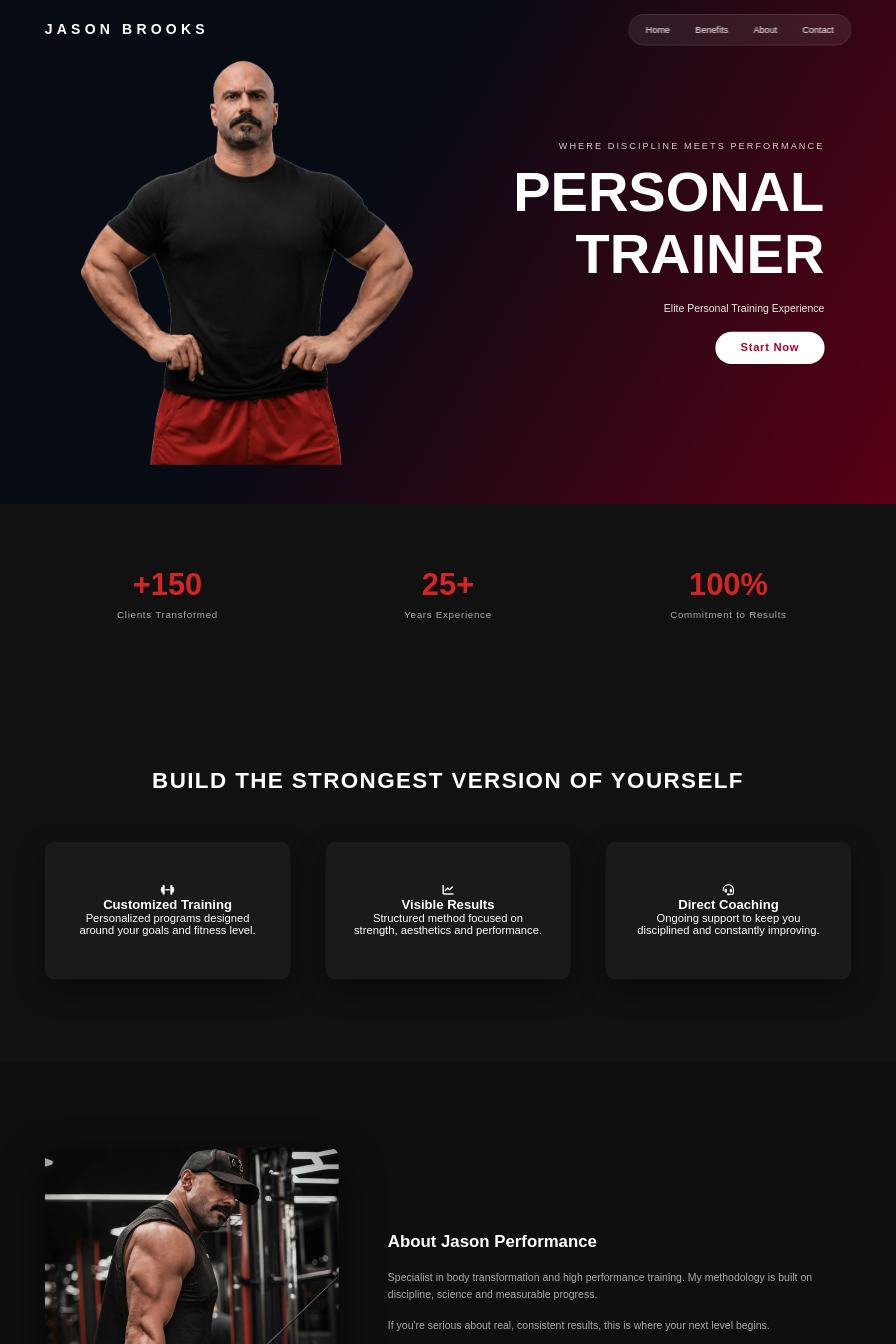
Repository: davidfsillva/Jason-Brooks
Page: index.html
An editor plug-in stored every save of this project. The page is shown before and after the next save, followed by the edit.
The browser window is 1280 px wide. The pictures show the part of the page from y = 0 to 1920 px (the page is 3042 px tall), at 70% of full size.
Some web fonts or font styles are not loaded; a fallback is used.

Above is the page before, as saved 2026-02-20 22:53:11.

### index.html
<!DOCTYPE html>
<html lang="en">
<head>
    <!-- META SEO -->
    <meta charset="UTF-8">
    <meta name="viewport" content="width=device-width, initial-scale=1.0">

    <title>Axon Performance | Personal Trainer</title>
    <meta name="description" content="Personal trainer focused on performance, aesthetics and real physical transformation. Customized training programs for serious results.">

    <!-- Open Graph -->
    <meta property="og:title" content="Axon Performance | Personal Trainer">
    <meta property="og:description" content="Customized training programs focused on performance and transformation.">
    <meta property="og:type" content="website">
    <meta property="og:image" content="https://yourdomain.com/preview.jpg">

    <!-- Font Awesome (removido duplicado) -->
    <link rel="stylesheet" href="https://cdnjs.cloudflare.com/ajax/libs/font-awesome/6.5.1/css/all.min.css">

    <!-- Canonical -->
    <link rel="canonical" href="https://yourdomain.com/">

    <!-- CSS -->
    <link rel="stylesheet" href="style.css">

    <!-- JS -->
    <script src="script.js" defer></script>
</head>

<body>

    <!-- ================= HEADER ================= -->
    <header class="header">
        <div class="container nav-container">
            <div class="logo">JASON BROOKS </div>

            <nav class="nav" id="nav">
                <a href="#home" class="active">Home</a>
                <a href="#benefits">Benefits</a>
                <a href="#about">About</a>
                <a href="#contact">Contact</a>
            </nav>

            <button
                class="menu-toggle"
                id="menu-toggle"
                aria-label="Toggle navigation menu"
                aria-expanded="false">

                <span class="hamburger">
                    <span></span>
                    <span></span>
                    <span></span>
                </span>

            </button>
        </div>
    </header>

    <!-- ================= HERO ================= -->
    <section class="hero">

        <div class="hero-image-side">
            <img src="img/hero.webp" alt="Personal Trainer">
        </div>

        <div class="hero-content">
            <p class="hero-small">Where Discipline Meets Performance</p>
            <h1>PERSONAL<br>TRAINER</h1>
            <p class="hero-sub">Elite Personal Training Experience</p>
            <a href="#" class="btn-primary">Start Now</a>
        </div>

    </section>

    <!-- ================= STATS ================= -->
    <section class="stats">
        <div class="container stats-grid">
            <div class="stat-item">
                <h3>+150</h3>
                <p>Clients Transformed</p>
            </div>
            <div class="stat-item">
                <h3>25+</h3>
                <p>Years Experience</p>
            </div>
            <div class="stat-item">
                <h3>100%</h3>
                <p>Commitment to Results</p>
            </div>
        </div>
    </section>

    <!-- ================= BENEFITS ================= -->
    <section class="benefits" id="benefits">
        <div class="container">
            <h2 class="section-title fade-in">Build the Strongest Version of Yourself</h2>

            <div class="benefits-grid">

                <div class="benefit-card fade-in">
                    <i class="fa-solid fa-dumbbell"></i>
                    <h3>Customized Training</h3>
                    <p>Personalized programs designed around your goals and fitness level.</p>
                </div>

                <div class="benefit-card fade-in">
                    <i class="fa-solid fa-chart-line"></i>
                    <h3>Visible Results</h3>
                    <p>Structured method focused on strength, aesthetics and performance.</p>
                </div>

                <div class="benefit-card fade-in">
                    <i class="fa-solid fa-headset"></i>
                    <h3>Direct Coaching</h3>
                    <p>Ongoing support to keep you disciplined and constantly improving.</p>
                </div>

            </div>
        </div>
    </section>

    <!-- ================= ABOUT ================= -->
    <section class="about" id="about">
        <div class="container about-container fade-in">

            <div class="about-image">
                <img src="img/hero2.webp" alt="Professional personal trainer coaching client">
            </div>

            <div class="about-text">
                <h2>About Jason Performance</h2>
                <p>
                    Specialist in body transformation and high performance training.
                    My methodology is built on discipline, science and measurable progress.
                </p>
                <p>
                    If you're serious about real, consistent results,
                    this is where your next level begins.
                </p>
                <a href="#contact" class="btn-secondary">Work With Me</a>
            </div>

        </div>
    </section>

    <!-- ================= CTA ================= -->
    <section class="cta" id="contact">
        <div class="container fade-in">
            <h2>Ready to Elevate Your Performance?</h2>
            <p>Fill out the form below and start your transformation today.</p>

            <form id="contact-form" class="contact-form" novalidate>
                <input
                    type="text"
                    id="name"
                    placeholder="Your Name"
                    required
                    aria-label="Your Name">

                <input
                    type="email"
                    id="email"
                    placeholder="Your Email"
                    required
                    aria-label="Your Email">

                <button type="submit" class="btn-primary">
                    Start Now
                </button>

                <p id="form-message" role="alert"></p>
            </form>
        </div>
    </section>

    <!-- ================= FOOTER ================= -->
    <footer class="footer">
        <p>© 2026 Jason Brooks - All Rights Reserved</p>
    </footer>

</body>
</html>

### style.css
/* ================= FONT ================= */
@font-face {
    font-family: 'TT Answer';
    src: url('fonts/TTAnswer-Regular.woff2') format('woff2');
    font-weight: 400;
    font-style: normal;
}

@font-face {
    font-family: 'TT Answer';
    src: url('fonts/TTAnswer-Medium.woff2') format('woff2');
    font-weight: 500;
    font-style: normal;
}

@font-face {
    font-family: 'TT Answer';
    src: url('fonts/TTAnswer-Bold.woff2') format('woff2');
    font-weight: 700;
    font-style: normal;
}


/* ================= DESIGN SYSTEM ================= */
:root {
    --primary: #b0002a;
    --primary-light: #d32525;
    --dark: #0f0f0f;
    --dark-light: #1a1a1a;
    --text: #ffffff;
    --text-muted: #aaaaaa;
    --radius: 14px;
    --transition: 0.3s ease;
}


/* ================= RESET ================= */
* {
    margin: 0;
    padding: 0;
    box-sizing: border-box;
}

body {
    font-family: 'Playfair Display', sans-serif;
    background: var(--dark);
    color: var(--text);
    scroll-behavior: smooth;
    -webkit-font-smoothing: antialiased;

}

.container {
    width: 90%;
    max-width: 1200px;
    margin: auto;
}


/* ================= HEADER ================= */
header {
    position: fixed;
    top: 0;
    left: 0;
    width: 100%;
    padding: 20px 0;
    background: transparent;
    z-index: 10;
    transition: 0.3s ease;

}

.nav-container {
    display: flex;
    justify-content: space-between;
    align-items: center;
}

.logo {
    font-size: 20px;
    font-weight: 700;
    letter-spacing: 6px;
    text-transform: uppercase;
}

/* ================= MENU PILL ================= */
.nav {
    display: flex;
    align-items: center;
    padding: 6px;
    border-radius: 40px;
    background: rgba(255,255,255,0.08);
    backdrop-filter: blur(12px);
    border: 1px solid rgba(255,255,255,0.15);
}

.nav a {
    text-decoration: none;
    color: white;
    font-size: 13px;
    font-weight: 500;
    padding: 8px 18px;
    border-radius: 30px;
    transition: 0.3s ease;
}

.nav a.active {
    background: rgba(255, 255, 255, 0.185);
    color: white;
}

.nav a:hover {
    color: var(--primary-light);
}

.menu-toggle {
    display: none;
    font-size: 26px;
    cursor: pointer;
}

.header.scrolled {
    background: rgba(0,0,0,0.85);
    padding: 15px 0;
}

/* ================= HAMBURGER PREMIUM ================= */

.menu-toggle {
    background: none;
    border: none;
    cursor: pointer;
    display: none;
    z-index: 1100;
}

.hamburger {
    width: 28px;
    height: 20px;
    position: relative;
    display: flex;
    flex-direction: column;
    justify-content: space-between;
    transition: 0.4s ease;
}

.hamburger span {
    height: 2px;
    width: 100%;
    background: var(--text);
    border-radius: 2px;
    transition: 0.4s ease;
    transform-origin: center;
}

/* ================= ANIMAÇÃO ATIVO ================= */

.menu-toggle.active .hamburger {
    transform: rotate(180deg);
}

.menu-toggle.active .hamburger span:nth-child(1) {
    transform: translateY(9px) rotate(45deg);
}

.menu-toggle.active .hamburger span:nth-child(2) {
    opacity: 0;
}

.menu-toggle.active .hamburger span:nth-child(3) {
    transform: translateY(-9px) rotate(-45deg);
}



/* ================= HERO ================= */
.hero {
    height: 100vh;
    display: flex;
    align-items: center;
    justify-content: space-between; /* separa imagem e texto */
    padding: 0 8%;
    position: relative;
    overflow: hidden;
    background: linear-gradient(
        120deg,
        #070b14 40%,
        #5a0015 100%
    );
}

.hero-overlay {
    position: absolute;
    inset: 0;
    z-index: 1;

    background:
        radial-gradient(
            circle at center,
            rgba(0, 0, 0, 0) 40%,
            rgba(0, 0, 0, 0.6) 100%
        ),
        linear-gradient(
            rgba(120, 0, 30, 0.85),
            rgba(120, 0, 30, 0.85)
        );
}

.hero-content {
    flex: 1;
    text-align: right; /* tudo alinhado à direita */
    color: white;
}

.hero-small {
    font-size: 13px;
    letter-spacing: 3px;
    text-transform: uppercase;
    margin-bottom: 15px;
    opacity: 0.8;
}

.hero-content h1 {
    font-size: 80px;
    line-height: 1.1;
}

.hero-sub {
    margin: 25px 0;
    font-size: 15px;
    font-weight: 400;
    opacity: 0.9;
}

.hero-image-side {
    flex: 1;
    display: flex;
    align-items: center;
}

.hero-image-side img {
    width: 100%;
    max-width: 500px;
    object-fit: contain;
}


/* ================= BUTTONS ================= */
.btn-primary {
    display: inline-block;
    padding: 14px 36px;
    background: var(--text);
    color: var(--primary);
    text-decoration: none;
    font-weight: 600;
    border-radius: 30px;
    letter-spacing: 1px;
    transition: var(--transition);
}

.btn-primary:hover {
    background: var(--primary-light);
    color: white;
    transform: translateY(-3px);
}

.btn-secondary {
    display: inline-block;
    margin-top: 20px;
    padding: 12px 30px;
    border: 2px solid var(--primary);
    color: var(--primary);
    text-decoration: none;
    border-radius: 30px;
    font-weight: 500;
    transition: var(--transition);
}

.btn-secondary:hover {
    background: var(--primary);
    color: white;
}


/* ================= STATS ================= */
.stats {
    background: #111;
    padding: 90px 0;
    text-align: center;
}

.stats-grid {
    display: grid;
    grid-template-columns: repeat(auto-fit, minmax(200px, 1fr));
    gap: 50px;
}

.stat-item h3 {
    font-size: 44px;
    font-weight: 700;
    color: var(--primary-light);
}

.stat-item p {
    margin-top: 10px;
    font-size: 14px;
    color: var(--text-muted);
    letter-spacing: 1px;
}


/* ================= BENEFITS ================= */
.benefits {
    padding: 120px 0;
    background: #111;
    text-align: center;
}

.section-title {
    margin-bottom: 70px;
    font-size: 32px;
    font-weight: 700;
    letter-spacing: 2px;
    text-transform: uppercase;
}

.benefits-grid {
    display: grid;
    grid-template-columns: repeat(auto-fit, minmax(260px, 1fr));
    gap: 50px;
}

.benefit-card {
    background: var(--dark-light);
    padding: 60px 35px;
    border-radius: var(--radius);
    transition: var(--transition);
    box-shadow: 0 15px 40px rgba(0,0,0,0.4);
}

.benefit-card:hover {
    transform: translateY(-10px);
    background: #222;
}

.icon {
    font-size: 32px;
    color: var(--primary-light);
    margin-bottom: 25px;
    transition: 0.3s ease;
}

.benefit-card:hover .icon {
    transform: scale(1.15);
    color: white;
}


/* ================= ABOUT ================= */
.about {
    padding: 120px 0;
    background: var(--dark);
}

.about-container {
    display: flex;
    gap: 70px;
    align-items: center;
    flex-wrap: wrap;
}

.about-image img {
    width: 100%;
    max-width: 420px;
    border-radius: var(--radius);
    box-shadow: 0 25px 60px rgba(0,0,0,0.6);
}

.about-text {
    flex: 1;
}

.about h2 {
    margin-bottom: 25px;
    font-weight: 700;
}

.about p {
    margin-bottom: 18px;
    line-height: 1.7;
    font-size: 15px;
    color: var(--text-muted);
}


/* ================= CTA PREMIUM ================= */
.cta {
    padding: 140px 0;
    background: radial-gradient(circle at top left, rgba(255,0,80,0.25), transparent 60%),
                linear-gradient(120deg, #5a0015, #b0002a);
    text-align: center;
    position: relative;
}

.cta h2 {
    font-size: 36px;
    margin-bottom: 15px;
    letter-spacing: 2px;
    text-transform: uppercase;
}

.cta p {
    color: rgba(255,255,255,0.8);
    margin-bottom: 40px;
    font-size: 15px;
}

/* Card do formulário */
.contact-form {
    background: rgba(255,255,255,0.06);
    backdrop-filter: blur(18px);
    padding: 45px 35px;
    border-radius: 20px;
    display: flex;
    flex-direction: column;
    gap: 18px;
    max-width: 420px;
    margin: auto;
    box-shadow: 0 30px 60px rgba(0,0,0,0.5);
    border: 1px solid rgba(255,255,255,0.08);
}

/* Inputs */
.contact-form input {
    padding: 16px 20px;
    border-radius: 30px;
    border: 1px solid rgba(255,255,255,0.15);
    background: rgba(0,0,0,0.4);
    color: white;
    font-family: 'TT Answer', sans-serif;
    font-size: 14px;
    transition: 0.3s ease;
}

.contact-form input::placeholder {
    color: rgba(255,255,255,0.5);
}

.contact-form input:focus {
    border-color: var(--primary-light);
    box-shadow: 0 0 0 3px rgba(255,45,85,0.2);
    outline: none;
}

/* Botão */
.contact-form button {
    padding: 15px;
    border-radius: 30px;
    border: none;
    background: white;
    color: var(--primary);
    font-weight: 600;
    letter-spacing: 1px;
    cursor: pointer;
    transition: 0.3s ease;
}

.contact-form button:hover {
    background: var(--primary-light);
    color: white;
    transform: translateY(-3px);
    box-shadow: 0 10px 25px rgba(0,0,0,0.4);
}

/* Mensagem */
#form-message {
    margin-top: 12px;
    font-size: 14px;
    color: #ffffffcc;
}


/* ================= FOOTER ================= */
.footer {
    text-align: center;
    padding: 30px;
    background: #000;
    font-size: 13px;
    letter-spacing: 1px;
    color: var(--text-muted);
}


/* ================= ANIMATION ================= */
.fade-in {
    opacity: 0;
    transform: translateY(30px);
    transition: 0.8s ease;
}

.fade-in.visible {
    opacity: 1;
    transform: translateY(0);
}

section {
    scroll-margin-top: 120px;
}


/* ================= RESPONSIVE ================= */
@media(max-width: 768px) {
    .hero {
        background-size: 109%;
        background-position: center 25%;

    }

    .hero h1 {
        font-size: 60px;
        letter-spacing: 10px;
    }

    .about-container {
        flex-direction: column;
        text-align: center;
    }

    .nav {
        position: absolute;
        top: 80px;
        right: 0;
        background: black;
        flex-direction: column;
        width: 220px;
        padding: 25px;
        display: none;
    }

    .nav.active {
        display: flex;
    }

    .menu-toggle {
        display: block;
    }

    .menu-toggle {
        display: block;
    }
}

### script.js
// ================= MENU MOBILE =================
const toggle = document.getElementById("menu-toggle");
const nav = document.getElementById("nav");
const icon = toggle.querySelector("i");

toggle.addEventListener("click", () => {

    const isActive = nav.classList.toggle("active");

    toggle.classList.toggle("active");
    toggle.setAttribute("aria-expanded", isActive);

    // Troca ícone
    if (isActive) {
        icon.classList.remove("fa-bars");
        icon.classList.add("fa-xmark");
    } else {
        icon.classList.remove("fa-xmark");
        icon.classList.add("fa-bars");
    }
});

// ================= HEADER SCROLL EFFECT =================
const header = document.querySelector(".header");

if (header) {
    window.addEventListener("scroll", () => {
        header.classList.toggle("scrolled", window.scrollY > 50);
    });
}


/*
IMPORTANTE:
Adicione isso no CSS:

.header.scrolled {
    background: rgba(0,0,0,0.85);
    padding: 15px 0;
}
*/


// ================= SCROLL REVEAL =================
const faders = document.querySelectorAll(".fade-in");

if ("IntersectionObserver" in window && faders.length > 0) {

    const appearOptions = {
        threshold: 0.15,
        rootMargin: "0px 0px -50px 0px"
    };

    const appearOnScroll = new IntersectionObserver((entries, observer) => {
        entries.forEach(entry => {

            if (!entry.isIntersecting) return;

            entry.target.classList.add("visible");
            observer.unobserve(entry.target);

        });
    }, appearOptions);

    faders.forEach((el, index) => {
        el.style.transitionDelay = `${index * 0.1}s`;
        appearOnScroll.observe(el);
    });
}


// ================= FORM VALIDATION =================
const form = document.getElementById("contact-form");
const message = document.getElementById("form-message");

if (form && message) {

    form.addEventListener("submit", function(e){
        e.preventDefault();

        const name = document.getElementById("name").value.trim();
        const email = document.getElementById("email").value.trim();

        const emailRegex = /^[^\s@]+@[^\s@]+\.[^\s@]+$/;

        if (name.length < 3) {
            message.textContent = "Please enter a valid name (min. 3 characters).";
            message.style.color = "yellow";
            return;
        }

        if (!emailRegex.test(email)) {
            message.textContent = "Please enter a valid email address.";
            message.style.color = "yellow";
            return;
        }

        message.textContent = "Message sent successfully!";
        message.style.color = "lightgreen";

        form.reset();
    });
}

const sections = document.querySelectorAll("section");
const navLinks = document.querySelectorAll(".nav a");

window.addEventListener("scroll", () => {
  let current = "";

  sections.forEach(section => {
    const sectionTop = section.offsetTop - 150;
    if (scrollY >= sectionTop) {
      current = section.getAttribute("id");
    }
  });

  navLinks.forEach(link => {
    link.classList.remove("active");
    if (link.getAttribute("href") === "#" + current) {
      link.classList.add("active");
    }
  });
});

After the next save:
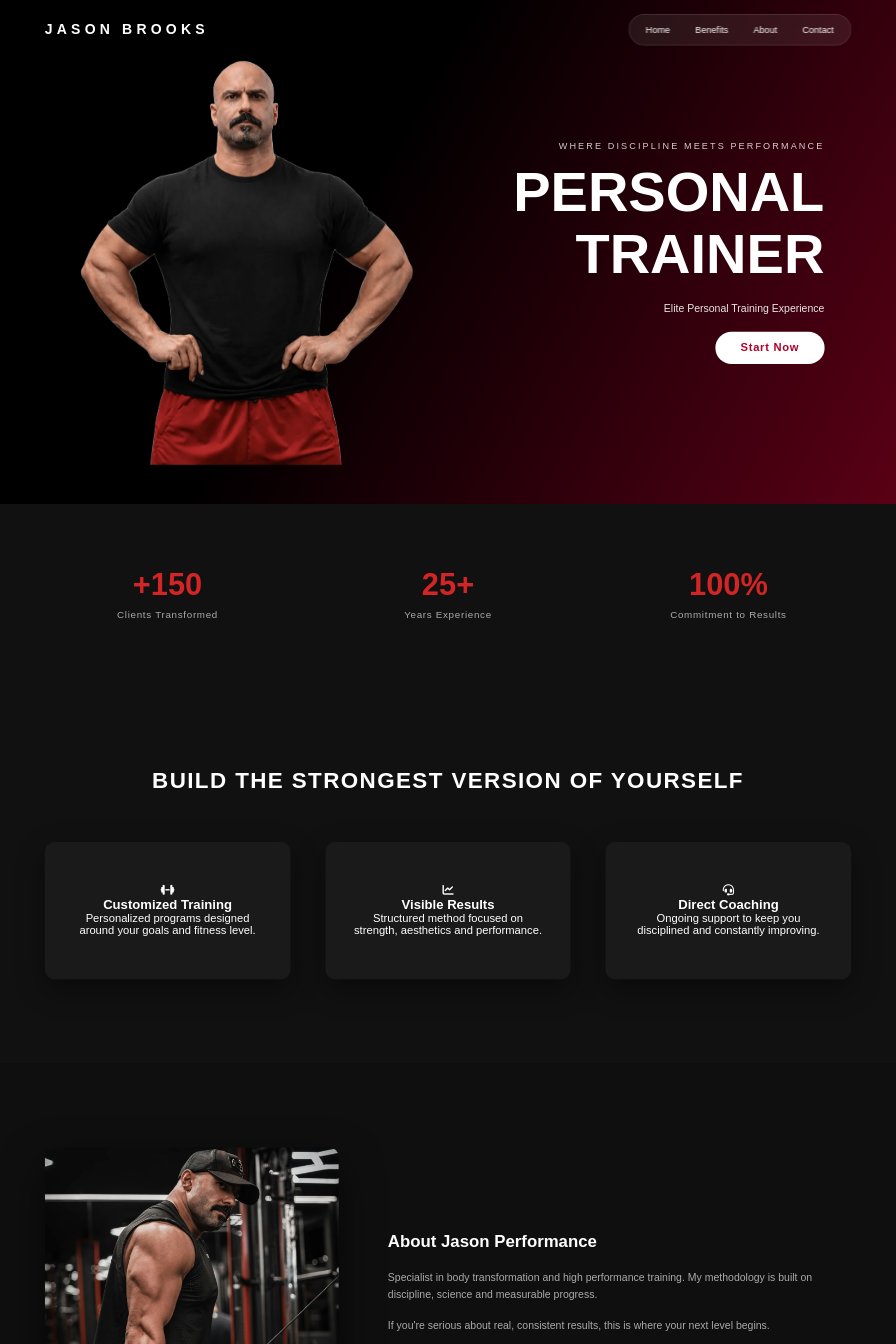
Saved 16 s later.
--- a/style.css
+++ b/style.css
@@ -184,7 +184,7 @@
     overflow: hidden;
     background: linear-gradient(
         120deg,
-        #070b14 40%,
+        #000000 40%,
         #5a0015 100%
     );
 }
